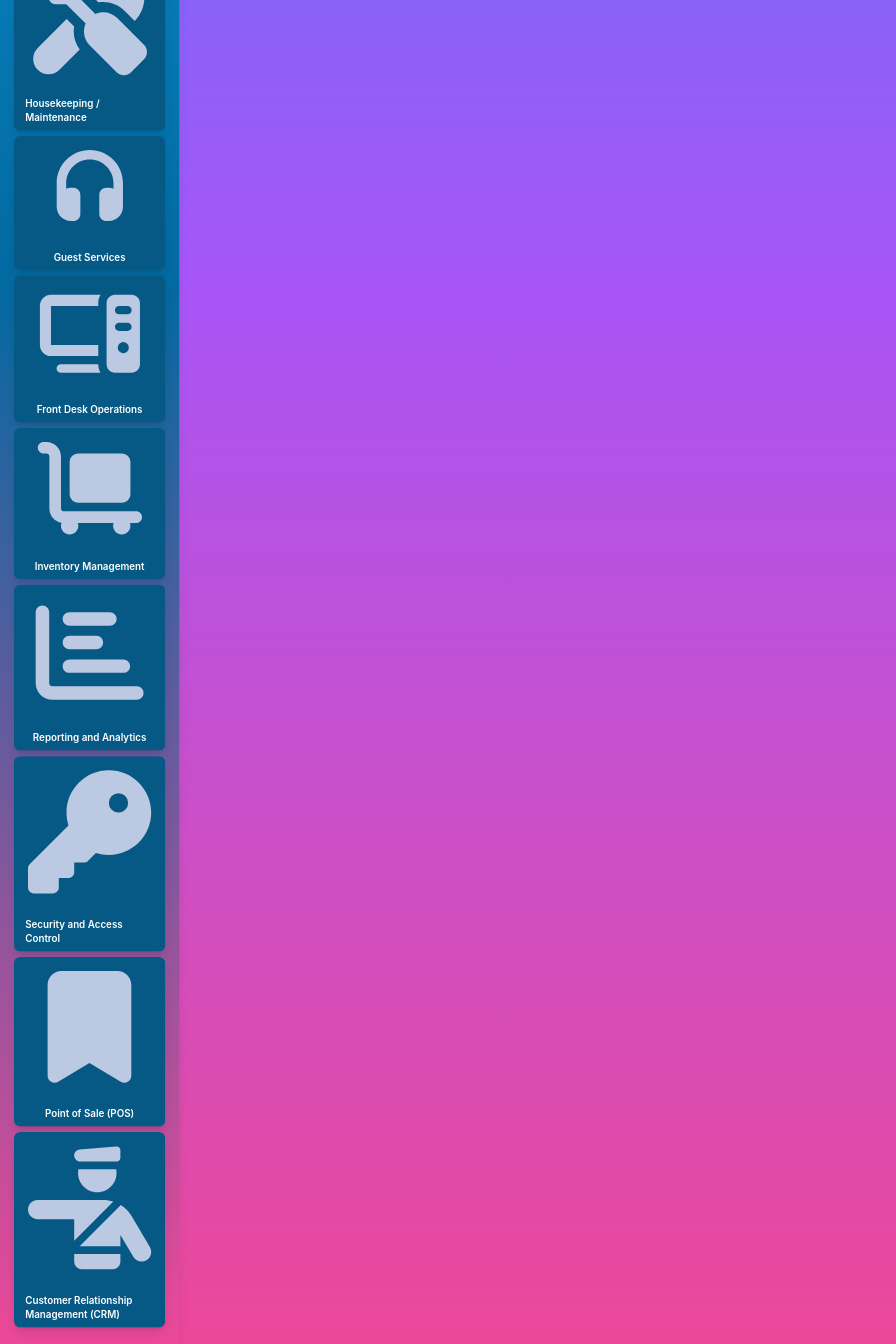
Repository: musabismael/Hotel
Page: /room_management
An editor plug-in stored every save of this project. The page is shown before and after the next save, followed by the edit.
The browser window is 1280 px wide. The pictures show the part of the page from y = 1096 to 3016 px (the page is 3016 px tall), at 70% of full size.
The project was rebuilt for these pictures with package versions that can differ from the ones it lists, and the page was loaded fresh each time. Also part of the build but not shown: vite.config.js, src/App.css, src/pages/ReservationManagement.jsx, src/pages/GuestCheckInOut.jsx, src/pages/BillingPayment.jsx, src/pages/HousekeepingMaintenance.jsx, src/pages/GuestServices.jsx, src/pages/FrontDeskOperations.jsx and 5 more.

Above is the page before, as saved 2023-10-01 19:12:58.

After the next save:
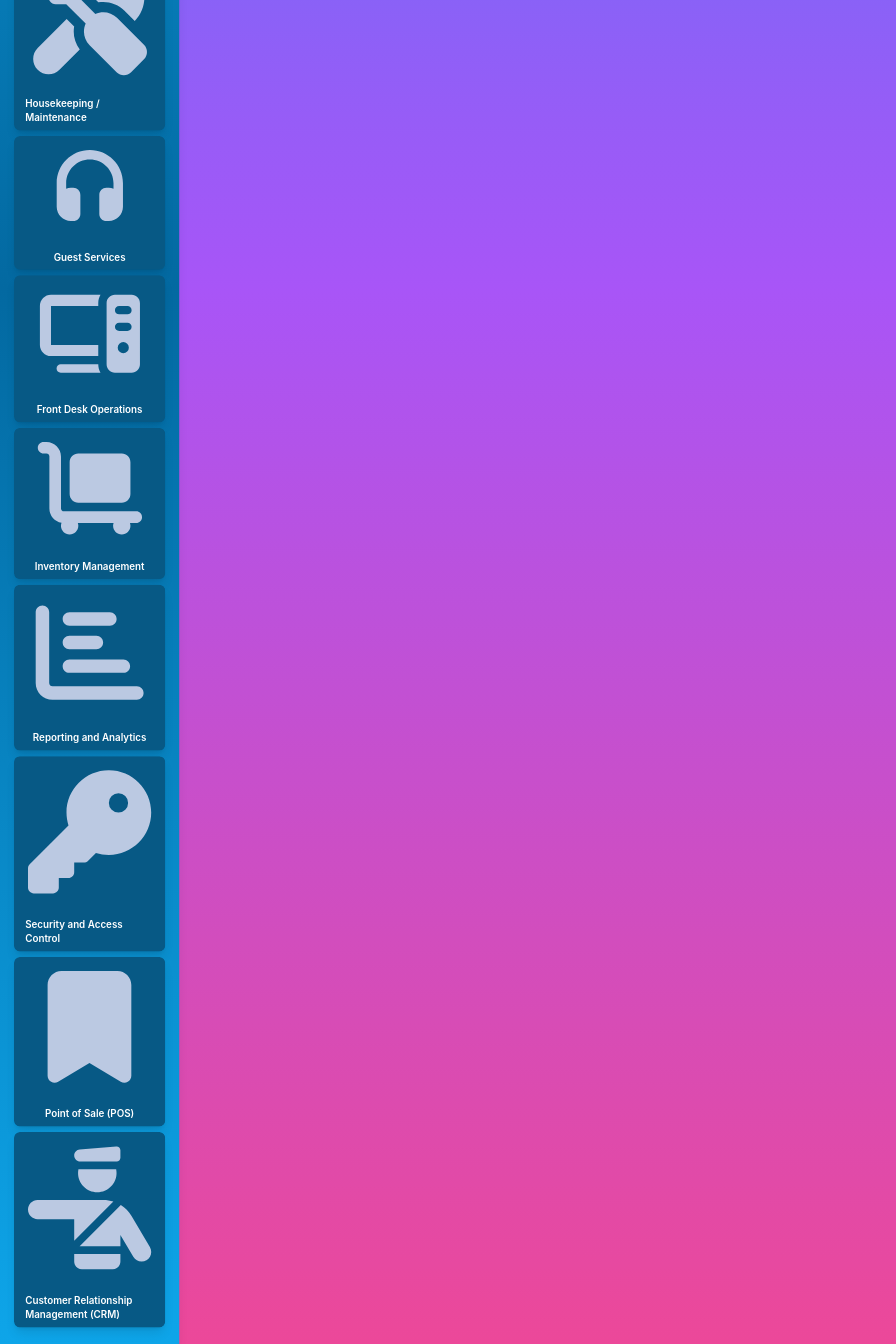
Saved 9 s later.
--- a/src/component/Sidebar.jsx
+++ b/src/component/Sidebar.jsx
@@ -114,7 +114,7 @@ const Sidebar = () => {
     console.log(`Card with ID ${id} clicked`);
   };
   return (
-    <aside className="p-4 w-1/5 min-h-screen overflow-y-auto bg-gradient-to-b from-sky-500 via-sky-700 to-pink-500 shadow-lg">
+    <aside className="p-4 w-1/5 min-h-screen overflow-y-auto bg-gradient-to-b from-sky-500 via-sky-700 to-sky-500 shadow-lg">
       <nav>
         {cardData.map((card) => (
           <Card
